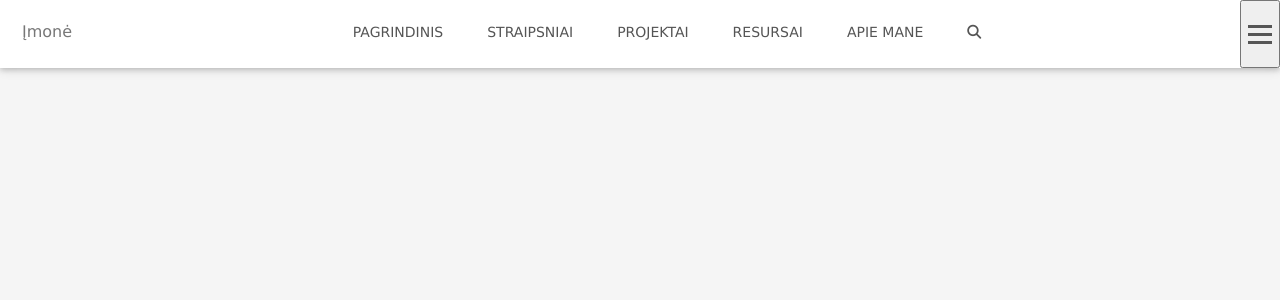
Repository: motiejus1/14-paskaita-05.31
Page: index.html
The author's editor kept a copy of each file at every save. The page is drawn from the files as they stood at one save, then again after a run of saves.
The browser window is 1280 px wide. The pictures show the whole page.
Some web libraries are served in a nearby version.

Above is the page before, as saved 2021-06-23 19:46:58.

After the next 2 saves:
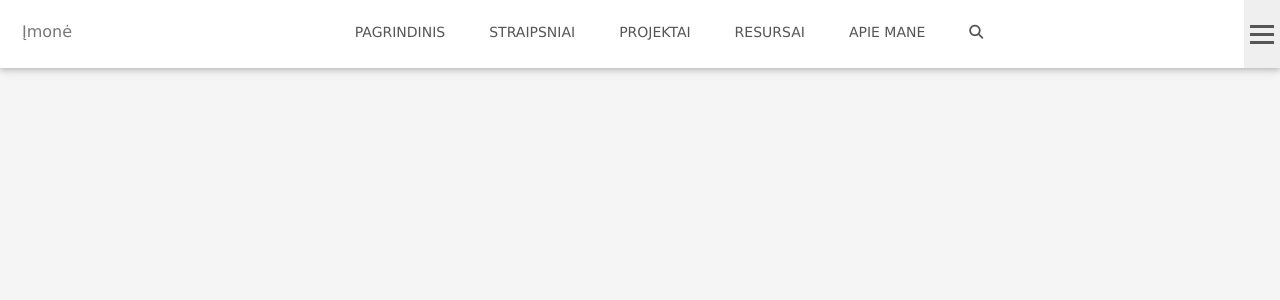
The 2 saves are shown as one change because they came seconds apart.
The last was saved 10 s later.
--- a/index.html
+++ b/index.html
@@ -104,7 +104,10 @@
             top: -0.5rem;
         }
 
-        .toggle {}
+        .toggle {
+            border: 0;
+
+        }
 
 
     </style>
